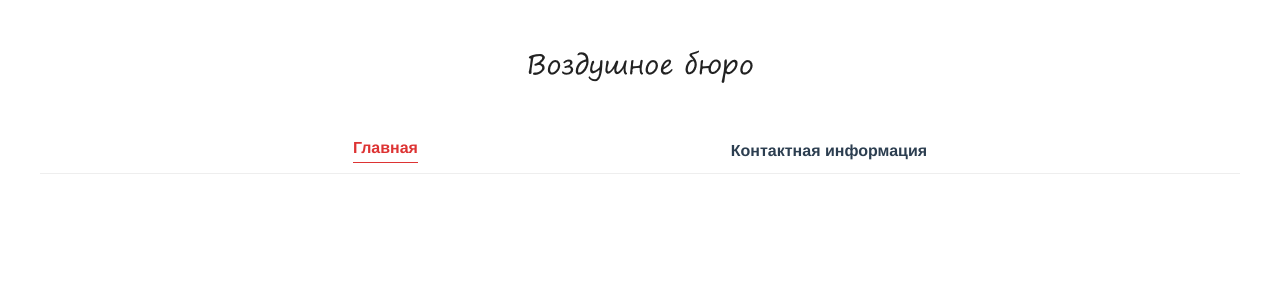
Repository: Skotix-0/balloons
Page: /
The author's editor kept a copy of each file at every save. The page is drawn from the files as they stood at one save, then again after the next save.
The browser window is 1280 px wide. The pictures show the whole page.
The project was rebuilt for these pictures with package versions that can differ from the ones it lists, and the page was loaded fresh each time. Also part of the build but not shown: vue.config.js. Imported but missing from the stored project, and not drawn on this page: src/views/ContactView.vue.

Above is the page before, as saved 2022-09-13 19:07:24.

After the next save:
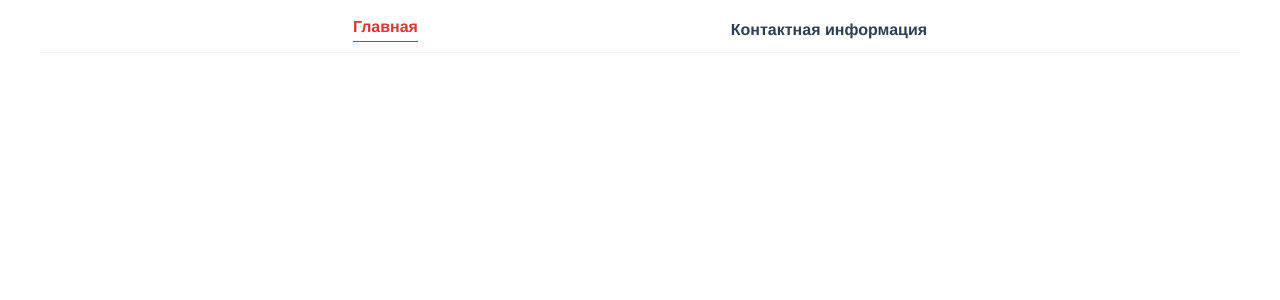
Saved 74 s later.
--- a/src/views/HomeView.vue
+++ b/src/views/HomeView.vue
@@ -1,6 +1,6 @@
 <template>
   <div class="home">
-    <Header-component />
+
   </div>
 </template>
 

After the save that followed:
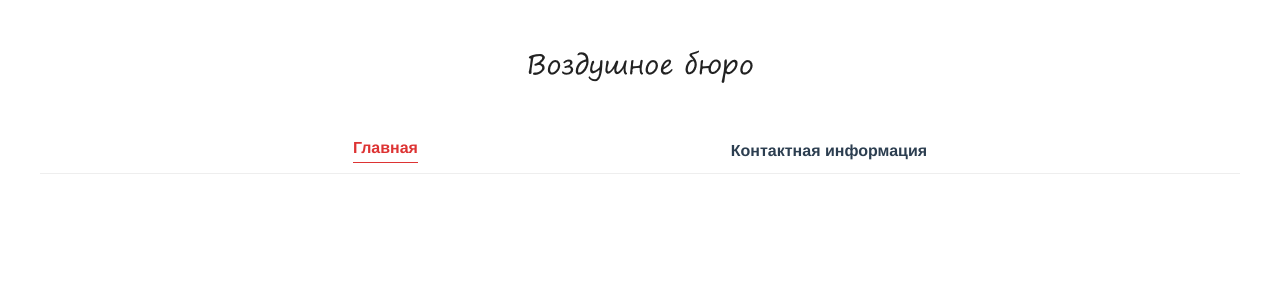
Saved 3 s later.
--- a/src/App.vue
+++ b/src/App.vue
@@ -1,9 +1,12 @@
 <template>
-  <router-view/>
+  <Header-component />
   <nav>
     <router-link to="/">Главная</router-link>
     <router-link to="/contact">Контактная информация</router-link>
   </nav>
+
+  <router-view/>
+
 </template>
 
 <style>
